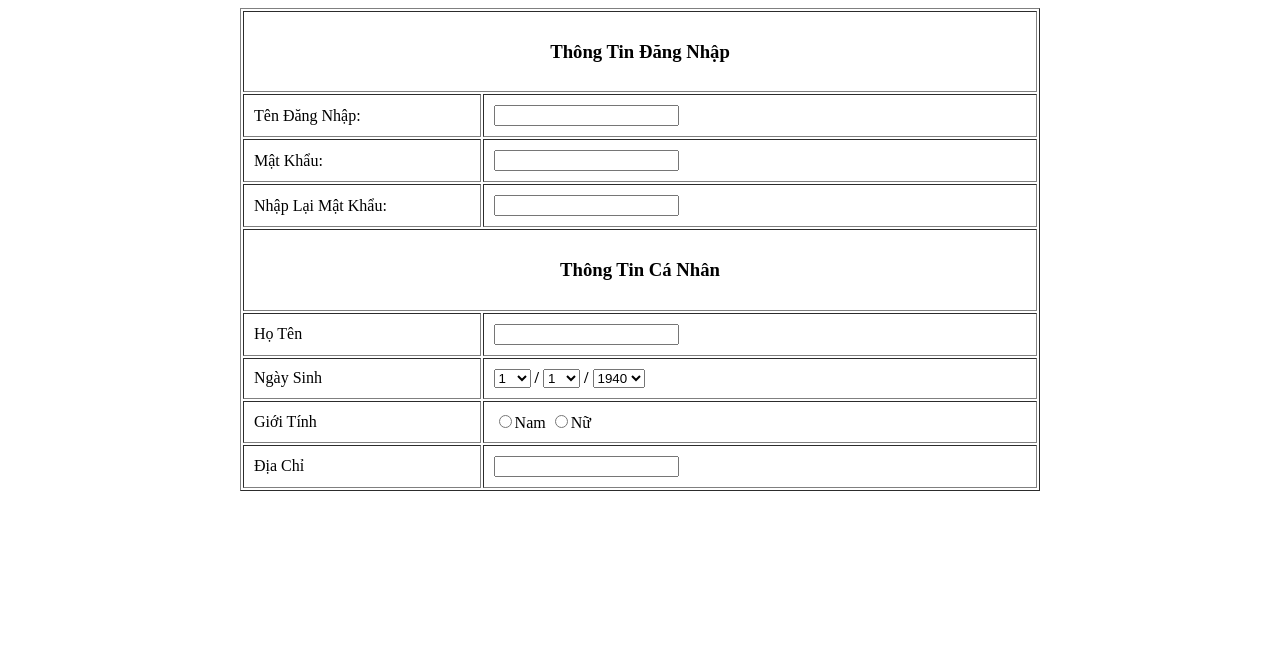
Repository: Tan-Khang21/TH_TKW--Buoi_04
Page: Bai_Tap_Tren_Lop/Bai_01/Form5.html
The author's editor kept a copy of each file at every save. The page is drawn from the files as they stood at one save, then again after the next save.
The browser window is 1280 px wide. The pictures show the whole page.

Above is the page before, as saved 2024-03-06 11:22:06.

After the next save:
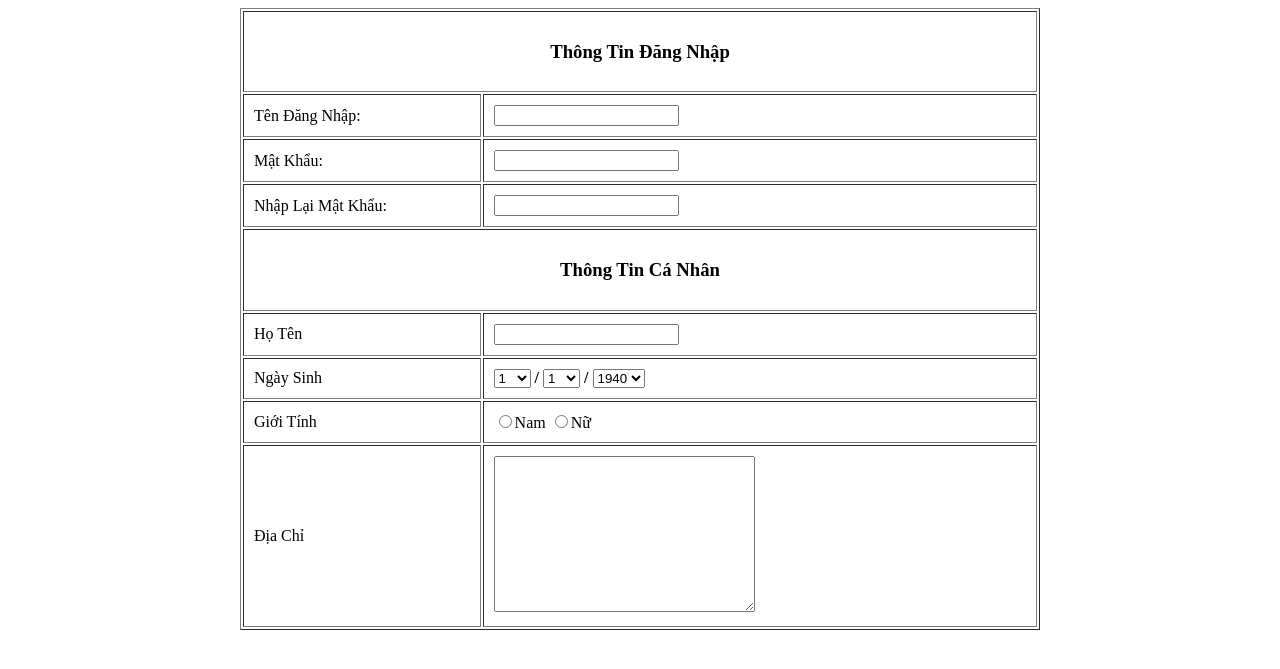
Saved 5 min 5 s later.
--- a/Bai_Tap_Tren_Lop/Bai_01/Form5.html
+++ b/Bai_Tap_Tren_Lop/Bai_01/Form5.html
@@ -172,7 +172,7 @@
             </tr>
             <tr>
                 <td style="width:30%;">Địa Chỉ</td>
-                <td  colspan="2"><input type="text"></td>
+                <td  colspan="2"><textarea name="" id="" cols="30" rows="10"></textarea></td>
             </tr>
         </table>
     </div>
